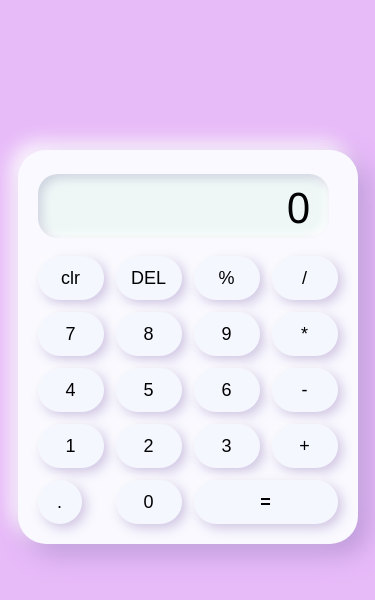
Repository: meti-guda/simple-calculator
Page: index.html
An editor plug-in stored every save of this project. The page is shown before and after the next save, followed by the edit.
The browser window is 375 px wide. The pictures show the whole page.

Above is the page before, as saved 2025-12-11 12:41:16.

### index.html
<!DOCTYPE html>
<html lang="en">
  <head>
    <meta charset="UTF-8" />
    <title>Simple Calculator</title>
    <link rel="stylesheet" href="style.css" />
  </head>
  <body>
    <div class="contianer">
      <div class="calculator">
        <div class="display">
          <div class="expression" id="expression">0</div>
        </div>

        <div class="values">
          <button data-action="clear">clr</button>
          <button data-action="del">DEL</button>
          <button data-value="%">%</button>
          <button data-value="/">/</button>

          <button data-value="7">7</button>
          <button data-value="8">8</button>
          <button data-value="9">9</button>
          <button data-value="*">*</button>

          <button data-value="4">4</button>
          <button data-value="5">5</button>
          <button data-value="6">6</button>
          <button data-value="-">-</button>

          <button data-value="1">1</button>
          <button data-value="2">2</button>
          <button data-value="3">3</button>
          <button data-value="+">+</button>

          <button class="dot" data-value=".">.</button>
          <button data-value="0">0</button>
          <button class="equal" data-action="equals">=</button>
        </div>
      </div>
    </div>

    <script src="index.js"></script>
  </body>
</html>

### style.css
body {
  display: flex;
  align-items: center;
  justify-content: center;
  background-color: #e7baf8;
  font-family: "Segoe UI", system-ui, sans-serif;
  box-sizing: border-box;
  margin-top: 150px;
  padding: 0;
}

.container {
  padding: 16px;
}

.calculator {
  width: 300px;
  padding: 24px 20px 20px;
  border-radius: 28px;
  background-color: #f9f9ff;
  box-shadow: 10px 10px 25px rgba(150, 121, 189, 0.5),
    -8px -8px 20px rgba(255, 255, 255, 0.95);
}

.display {
  width: 85%;
  height: 64px;
  border-radius: 20px;
  background-color: #eef6f6;
  box-shadow: inset 4px 4px 10px rgba(161, 161, 190, 0.4),
    inset -4px -4px 10px rgba(255, 255, 255, 0.9);
  display: flex;
  align-items: center;
  justify-content: flex-end;
  padding: 0 18px;
  margin-bottom: 18px;
  overflow: hidden;
}

.expression {
  font-size: 42px;
  color: #000;
  white-space: nowrap;
}

.values {
  display: grid;
  grid-template-columns: repeat(4, 1fr);
  grid-gap: 12px;
}

.values button {
  border: none;
  outline: none;
  height: 44px;
  border-radius: 999px;
  background-color: #f5f7ff;
  box-shadow: 4px 4px 12px rgba(157, 132, 188, 0.45),
    -3px -3px 9px rgba(255, 255, 255, 1);
  color: #000;
  font-size: 18px;
  cursor: pointer;
  transition: transform 0.08s ease, box-shadow 0.08s ease, background 0.1s;
}

.values button:active {
  transform: translateY(1px);
  box-shadow: inset 3px 3px 8px rgba(157, 132, 188, 0.45),
    inset -2px -2px 6px rgba(255, 255, 255, 1);
}
button:hover {
  background-color: #a170af;
  color: white;
}
.dot {
  justify-self: flex-start;
  width: 44px;
}

.equal {
  grid-column: span 2;
  font-weight: 600;
  box-shadow: 4px 4px 12px rgba(160, 100, 150, 0.6),
    -3px -3px 9px rgba(255, 255, 255, 1);
}

.equal:active {
  box-shadow: inset 3px 3px 8px rgba(160, 100, 150, 0.6),
    inset -2px -2px 6px rgba(255, 255, 255, 1);
}

media (max-width: 400px) {
  .calculator {
    width: 90%;
  }
}

### index.js
class Calculator {
  constructor() {
    this.displayValue = "0";
    this.previousValue = null;
    this.operation = null;
    this.shouldResetDisplay = false;

    // your display div has class="expression"
    this.displayElement = document.querySelector(".expression");

    this.setupEventListeners();
    this.updateDisplay();
  }

  setupEventListeners() {
    // number buttons: have data-value with 0–9 but NO data-action
    document.querySelectorAll(".values button").forEach((btn) => {
      const action = btn.dataset.action;
      const value = btn.dataset.value;

      if (!action && value !== undefined) {
        // treat as number or dot key
        if (value === ".") {
          btn.addEventListener("click", () => this.handleDecimal());
        } else {
          btn.addEventListener("click", () => this.handleNumber(value));
        }
      } else if (action) {
        // action keys
        if (action === "equals") {
          btn.addEventListener("click", () => this.handleEquals());
        } else if (action === "clear") {
          btn.addEventListener("click", () => this.handleClear());
        } else if (action === "del") {
          btn.addEventListener("click", () => this.handleDelete());
        }
      }

      // operator keys have data-value of + - * / %
      if (["+", "-", "*", "/", "%"].includes(value)) {
        btn.addEventListener("click", () => this.handleOperator(value));
      }
    });

    // keyboard support
    document.addEventListener("keydown", (e) => this.handleKeyboard(e));
  }

  handleNumber(num) {
    if (this.shouldResetDisplay) {
      this.displayValue = num;
      this.shouldResetDisplay = false;
    } else {
      this.displayValue =
        this.displayValue === "0" ? num : this.displayValue + num;
    }
    this.updateDisplay();
  }

  handleDecimal() {
    if (this.shouldResetDisplay) {
      this.displayValue = "0.";
      this.shouldResetDisplay = false;
    } else if (!this.displayValue.includes(".")) {
      this.displayValue += ".";
    }
    this.updateDisplay();
  }

  handleOperator(op) {
    const current = parseFloat(this.displayValue);

    if (this.previousValue === null) {
      this.previousValue = current;
    } else if (this.operation) {
      const result = this.calculate(
        this.previousValue,
        current,
        this.operation
      );
      this.displayValue = this.formatResult(result);
      this.previousValue = result;
      this.updateDisplay();
    }

    this.operation = op;
    this.shouldResetDisplay = true;
  }

  handleEquals() {
    if (this.operation === null || this.previousValue === null) {
      return;
    }

    const current = parseFloat(this.displayValue);
    const result = this.calculate(this.previousValue, current, this.operation);
    this.displayValue = this.formatResult(result);
    this.previousValue = null;
    this.operation = null;
    this.shouldResetDisplay = true;
    this.updateDisplay();
  }

  handleClear() {
    this.displayValue = "0";
    this.previousValue = null;
    this.operation = null;
    this.shouldResetDisplay = false;
    this.updateDisplay();
  }

  handleDelete() {
    if (this.displayValue === "0" || this.shouldResetDisplay) {
      return;
    }
    this.displayValue = this.displayValue.slice(0, -1) || "0";
    this.updateDisplay();
  }

  calculate(prev, current, op) {
    switch (op) {
      case "+":
        return prev + current;
      case "-":
        return prev - current;
      case "*":
        return prev * current;
      case "/":
        return current !== 0 ? prev / current : 0;
      case "%":
        return prev % current;
      default:
        return current;
    }
  }

  formatResult(num) {
    return parseFloat(num.toFixed(10)).toString();
  }

  handleKeyboard(e) {
    if (e.key >= "0" && e.key <= "9") this.handleNumber(e.key);
    if (e.key === ".") this.handleDecimal();
    if (["+", "-", "*", "/", "%"].includes(e.key)) {
      e.preventDefault();
      this.handleOperator(e.key);
    }
    if (e.key === "Enter" || e.key === "=") {
      e.preventDefault();
      this.handleEquals();
    }
    if (e.key === "Backspace") {
      e.preventDefault();
      this.handleDelete();
    }
    if (e.key === "Escape") {
      e.preventDefault();
      this.handleClear();
    }
  }

  updateDisplay() {
    this.displayElement.textContent = this.displayValue;
  }
}

// create calculator once DOM is loaded
document.addEventListener("DOMContentLoaded", () => {
  new Calculator();
});

After the next save:
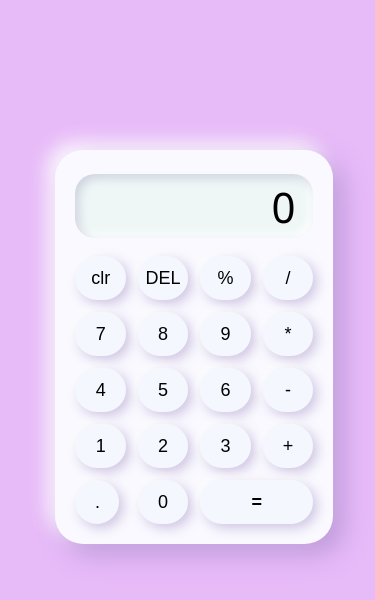
Saved 62 s later.
--- a/style.css
+++ b/style.css
@@ -89,7 +89,7 @@ button:hover {
     inset -2px -2px 6px rgba(255, 255, 255, 1);
 }
 
-media (max-width: 400px) {
+@media (max-width: 400px) {
   .calculator {
     width: 90%;
   }
